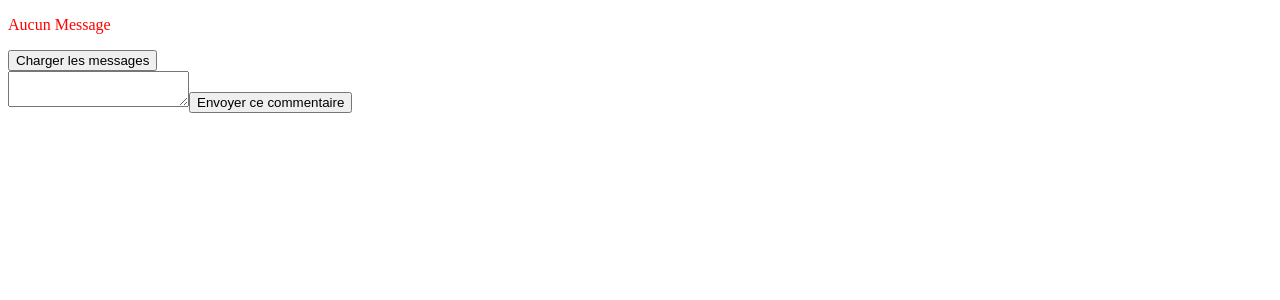
Repository: Symfomany/demoredux
Page: /
These files come from the project's save history. The page is drawn as it stood at one moment and after the next save; the edit follows.
The browser window is 1280 px wide. The pictures show the whole page.
The project was rebuilt for these pictures with package versions that can differ from the ones it lists, and the page was loaded fresh each time.

Above is the page before, as saved 2018-07-01 20:18:33.

### src/index.js
import React from "react";
import ReactDOM from "react-dom";
import App from "./components/App";
import registerServiceWorker from "./registerServiceWorker";

import { Provider } from "react-redux";
import configureStore from "./store";

// Le provider de redux va fournir le Store pour l'ensemble de nos
// composants
ReactDOM.render(
  <Provider store={configureStore()}>
    <App />
  </Provider>,
  document.getElementById("root")
);
registerServiceWorker();

### src/components/App.js
import React, { Component } from "react";
import MessagesContainer from "../containers/MessagesContainer";

class App extends Component {
  render() {
    return (
      <div>
        <MessagesContainer />
      </div>
    );
  }
}

export default App;

### src/store/index.js
// Créer un Store à partir de la combinaison de Reducers
import { createStore, applyMiddleware } from "redux";
import rootReducer from "../reducers";
import thunk from "redux-thunk";
import { composeWithDevTools } from "redux-devtools-extension";

// Configurer notre arbre de vérite = Store
export default function configureStore() {
  return createStore(rootReducer, composeWithDevTools(applyMiddleware(thunk)));
  //applyMiddleware(thunk)
  // Synchronise le Debuger Chrome Devtools Redux
}

### src/containers/MessagesContainer.js
import React, { Component } from "react";
import { connect } from "react-redux";
import {
  getMessagesAction,
  removeAction,
  addAction,
  enableAction
} from "../actions";
import Messages from "../components/Messages";
import AddMessage from "../components/AddMessage";

class MessagesContainers extends Component {
  constructor(props) {
    super(props);
    this.state = {};
    this.charger = this.charger.bind(this);
    this.remove = this.remove.bind(this);
    this.add = this.add.bind(this);
    this.enable = this.enable.bind(this);
  }
  charger() {
    this.props.getMessages();
  }
  remove(id) {
    this.props.removeMessage(id);
  }
  add(message) {
    this.props.addMessage(message);
  }
  enable(id) {
    this.props.enableMessage(id);
  }

  render() {
    return (
      <div>
        <Messages
          enable={this.enable}
          remove={this.remove}
          charger={this.charger}
          messages={this.props.messages}
        />
        <AddMessage add={this.add} />
      </div>
    );
  }
}

// 1. charger depuis le Store de Redux des données en proriétés
const mapStateToProps = state => ({
  messages: state.MessagesReducer.messages
});

// 2. charger les actions de redux en proriétés
const mapDispatchToProps = dispatch => ({
  getMessages: () => dispatch(getMessagesAction()),
  removeMessage: id => dispatch(removeAction(id)),
  enableMessage: id => dispatch(enableAction(id)),
  addMessage: text => dispatch(addAction(text))
});

export default connect(
  mapStateToProps,
  mapDispatchToProps
)(MessagesContainers);

### src/reducers/index.js
// Combiner l'ensemble des reducers pour former un Store
import { combineReducers } from "redux";
import MessagesReducer from "./MessagesReducer";

// Combiner les Reducers en vue de créer un Store
// RootReducer constitue le reducer racine qui va être
// utiliser dans mon Store
const RootReducer = combineReducers({
  MessagesReducer
});

export default RootReducer;

### src/actions/index.js
import {
  MESSAGES_LIST,
  MESSAGES_REMOVE,
  MESSAGES_ADD,
  MESSAGES_ENABLE
} from "../constants";

// Toutes les actions utilisateurs sur l'UI

export const getMessagesAction = () => dispatch => {
  return dispatch({
    type: MESSAGES_LIST
  });
};

export const removeAction = id => dispatch => {
  return dispatch({
    type: MESSAGES_REMOVE,
    id
  });
};

export const enableAction = id => dispatch => {
  return dispatch({ type: MESSAGES_ENABLE, id });
};

export const addAction = text => dispatch => {
  return dispatch({
    type: MESSAGES_ADD,
    text
  });
};

### src/components/Messages.js
import React, { Component } from "react";

class Messages extends Component {
  constructor(props) {
    super(props);
    this.state = {};
  }
  render() {
    return (
      <div>
        {this.props.messages.length > 0 ? (
          this.props.messages.map(message => (
            <p
              style={{ color: message.enabled ? "gold" : "black" }}
              key={message.id}
            >
              <a onClick={() => this.props.enable(message.id)}>
                {message.content}
              </a>
              <button onClick={e => this.props.remove(message.id)}>
                Supprimer
              </button>
            </p>
          ))
        ) : (
          <div>
            <p style={{ color: "red" }}>Aucun Message</p>
            <button onClick={this.props.charger}>Charger les messages</button>
          </div>
        )}
      </div>
    );
  }
}

export default Messages;

### src/components/AddMessage.js
import React, { Component } from "react";

class AddMessage extends Component {
  constructor(props) {
    super(props);
    this.state = {};
    this.add = this.add.bind(this);
  }

  add(e) {
    e.preventDefault();
    this.props.add(this.input.value);
    this.input.value = "";
  }
  render() {
    return (
      <form onSubmit={this.add}>
        <textarea
          ref={input => (this.input = input)}
          className="form-control"
        />
        <button>Envoyer ce commentaire</button>
      </form>
    );
  }
}

export default AddMessage;

### src/reducers/MessagesReducer.js
import {
  MESSAGES_LIST,
  MESSAGES_REMOVE,
  MESSAGES_ADD,
  MESSAGES_ENABLE
} from "../constants";

// State initial pour le Reducers des messagges
const initialState = {
  messages: [
    { id: 1, content: "Mon Premier Message" },
    { id: 2, content: "Mon Second Message" },
    { id: 3, content: "Mon Troisième Message" }
  ]
};

// Reducer =  State + Action

export default (state = initialState, action) => {
  switch (action.type) {
    case MESSAGES_LIST:
      return initialState;

    case MESSAGES_ADD:
      const addMessages = [
        ...state.messages,
        { id: state.messages.length + 1, content: action.text }
      ];
      return { messages: addMessages };

    case MESSAGES_ENABLE:
      const tab = [...state.messages];
      const index = state.messages.findIndex(elt => elt.id === action.id);
      tab[index].enabled = true;
      return { messages: tab };

    case MESSAGES_REMOVE:
      const messages = state.messages.filter(elt => elt.id !== action.id);
      return { messages };

    default:
      return { messages: [] };
  }
};

### src/constants/index.js
// Un ensemble de constantes qui seront partagées en
// les Actions et les Reducers
// IL Y AURA QUE DES CONSTANTES EXPORTEES

// Messages que l'on va lister
export const MESSAGES_LIST = "MESSAGES_LIST";
export const MESSAGES_REMOVE = "MESSAGES_REMOVE";
export const MESSAGES_ADD = "MESSAGES_ADD";
export const MESSAGES_ENABLE = "MESSAGES_ENABLE";

### src/components/FilterMessage.js
import React, { Component } from "react";

class FilterMessage extends Component {
  constructor(props) {
    super(props);
    this.state = {};
  }
  render() {
    return (
      <form>
        <input type="search" />
      </form>
    );
  }
}

export default FilterMessage;

Loaded but not shown: public/index.html (common file); src/registerServiceWorker.js (common file)

After the next save:
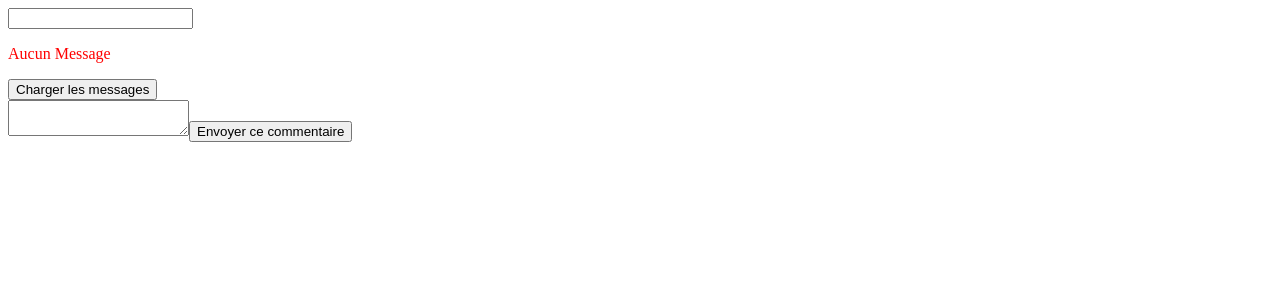
Saved 27 s later.
--- a/src/containers/MessagesContainer.js
+++ b/src/containers/MessagesContainer.js
@@ -8,6 +8,7 @@ import {
 } from "../actions";
 import Messages from "../components/Messages";
 import AddMessage from "../components/AddMessage";
+import FilterMessage from "../components/FilterMessage";
 
 class MessagesContainers extends Component {
   constructor(props) {
@@ -34,6 +35,7 @@ class MessagesContainers extends Component {
   render() {
     return (
       <div>
+        <FilterMessage />
         <Messages
           enable={this.enable}
           remove={this.remove}
